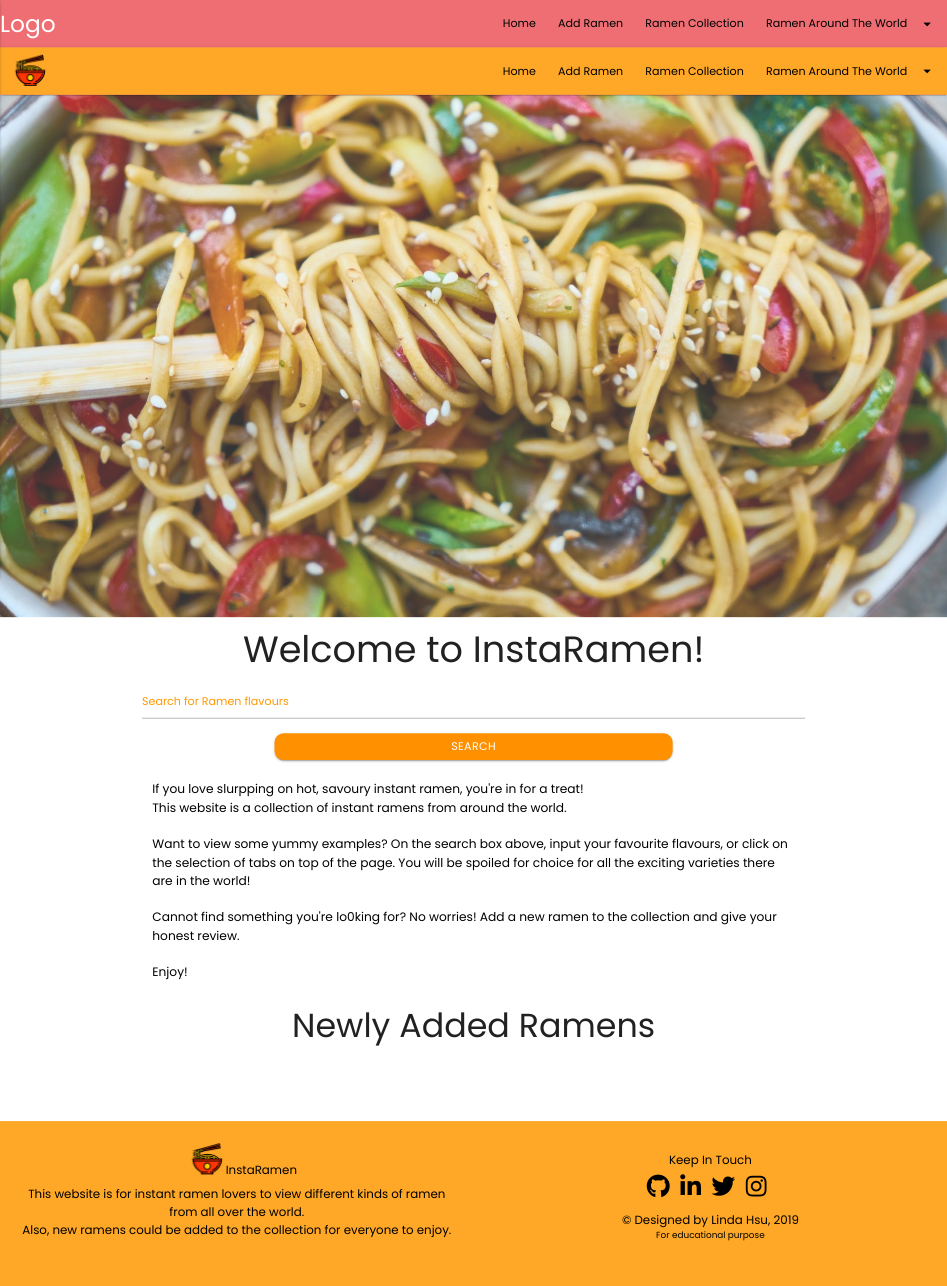
Repository: Paddlepop25/codeinstitute-insta-ramen
Page: http://localhost/
The author's editor kept a record of every edit. The page is drawn from the files as they stood at one moment, then again after the next edit.
The browser window is 1280 px wide. The pictures show the whole page, at 74% of full size.
Some web libraries are served in a nearby version. The page is served by the project's application, run on Flask 3 (app.py). Queries for data that is not in the repository find no rows.

Above is the page before.

### templates/index.html
{% extends 'base.html' %} {% block content %}

<div class="container-fluid">
  <div class="container-fluid">
    <div class="noodle_img_index">
      <img src="/static/images/noodle_index.jpeg" alt="delicious noodle ramen seseme seeds colorful" />
    </div>
  </div>

  <div class="container">
    <div class="row welcome-page">
      <div class="col s12">
        <div class="row">
          <h1>Welcome to InstaRamen!</h1>
        </div>
        <div class="row search-section">
          <form class="col s12" action="{{ url_for('search_ramen') }}">
            <div class="row">
              <div class="input-field col s12">
                <input id="search" name="query" type="text" class="validate" required>
                <label for="search">Search for Ramen flavours</label>
                <div class="search-button">
                  <button class="btn waves-effect waves-light orange accent-3" type="submit" name="action">Search</button>
                </div>
              </div>
            </div>
          </form>
        </div>
      </div>
    </div>
    <div class="row welcome-message">
      <p>If you love slurpping on hot, savoury instant ramen, you're in for a treat!
        <br> This website is a collection of instant ramens from around the world.
        <br>
        <br> Want to view some yummy examples? On the search box above, input your favourite flavours, or click on the selection of tabs on top of the page. You will be spoiled for choice for all the exciting varieties there are in the world!
        <br>
        <br> Cannot find something you're lo0king for? No worries! Add a new ramen to the collection and give your honest review.
        <br>
        <br> Enjoy!
      </p>
    </div>
  </div>

  <div class="container index-page-card">
    <h4>Newly Added Ramens</h4>
    <div class="row">
      {% for three_ramen in latest_three %}
      <div class="col s12 m4 l4">
        <div class="card">
          <div class="card-image">
            <img src="{{url_for('file', filename=three_ramen['imageURL'])}}">
          </div>
          <div class="card-content">
            <p>Brand: {{three_ramen.brand|title}}</p>
            <br>
            <p>Flavour:
              <br> {{three_ramen.flavour|title}}
            </p>
          </div>
          <div class="row">
            <a href="{{url_for('display_ramen', ramen_id=three_ramen._id)}}" class="waves-effect waves-light btn orange">More</a>
          </div>
        </div>
      </div>
      {% endfor %}
    </div>
  </div>
</div>

{% endblock %}

### templates/base.html
<!DOCTYPE html>
<html>

<head>
  <link href="https://fonts.googleapis.com/icon?family=Material+Icons" rel="stylesheet">
  <link rel="stylesheet" href="https://cdnjs.cloudflare.com/ajax/libs/materialize/0.100.2/css/materialize.min.css">
  <link rel="stylesheet" href="https://use.fontawesome.com/releases/v5.8.1/css/all.css" integrity="sha384-50oBUHEmvpQ+1lW4y57PTFmhCaXp0ML5d60M1M7uH2+nqUivzIebhndOJK28anvf" crossorigin="anonymous" />
  <link href="https://fonts.googleapis.com/css?family=Montserrat|Poppins|Roboto&display=swap" rel="stylesheet">
  <link rel="icon" href="{{ url_for('static', filename='images/favicon.ico') }}" type="image/x-icon" />
  <link rel="stylesheet" href="/static/styles/styles.css" type="text/css" />

  <!-- Meta Data -->
  <meta charset="UTF-8">
  <meta name="viewport" content="width=device-width, initial-scale=1, shrink-to-fit=no">
  <meta http-equiv="X-UA-Compatible" content="ie=edge">
  <meta name="description" content="Insta Ramen">
  <meta name="keywords" content="Noodles, Ramen, Instant, Cup, Bowl, Packet">
  <meta name="author" content="Linda Hsu">

  <title>InstaRamen - {{ title }} </title>
</head>

<body>
  <header>

  <nav>
    <div class="nav-wrapper">
      <a href="#!" class="brand-logo">Logo</a>
      <a href="#" data-activates="mobile-demo" class="button-collapse"><i class="material-icons">menu</i></a>
      <ul class="right hide-on-med-and-down">
          <li><a href="{{url_for('index')}}">Home</a></li>
          <li><a href="{{url_for('add_ramen')}}">Add Ramen</a></li>
          <li><a href="{{url_for('get_ramen')}}">Ramen Collection</a></li>
        <li><a class="dropdown-button" href="#!" data-activates="dropdown1">Ramen Around The World<i class="material-icons right">arrow_drop_down</i></a>
            <ul id="dropdown1" class="dropdown-content">
              <li><a href="{{ url_for('ramen_asia') }}">Asia</a></li>
              <li><a href="{{ url_for('ramen_americas') }}">The Americas</a></li>
              <li><a href="{{ url_for('ramen_europe') }}">Europe</a></li>
              <li><a href="{{ url_for('ramen_rest_world') }}">Rest Of The World</a></li>
            </ul>
          </li>
        </ul>
      </ul>
      <ul class="side-nav" id="mobile-demo">
        <li><a href="{{url_for('index')}}">Home</a></li>
          <li><a href="{{url_for('add_ramen')}}">Add Ramen</a></li>
          <li><a href="{{url_for('get_ramen')}}">Ramen Collection</a></li>
          <li><a href="{{ url_for('ramen_asia') }}">Ramen from Asia</a></li>
          <li><a href="{{ url_for('ramen_americas') }}">Ramen from The Americas</a></li>
          <li><a href="{{ url_for('ramen_europe') }}">Ramen from Europe</a></li>
          <li><a href="{{ url_for('ramen_rest_world') }}">Ramen from Rest Of The World</a></li>
      </ul>
    </div>
  </nav>


    <div class="navbar-fixed">
    <nav>
      <div class="nav-wrapper orange lighten-1">
        <a href="{{url_for('index')}}" class="brand-logo"><img class="ramen_logo" src="{{ url_for('static', filename='images/noodle_icon.png') }}" alt="Ramen noodles with chopsticks logo"/></a>
      <a href="#" data-activates="mobile-demo" class="button-collapse"><i class="material-icons">menu</i></a>
        <ul class="right hide-on-med-and-down">
          <li><a href="{{url_for('index')}}">Home</a></li>
          <li><a href="{{url_for('add_ramen')}}">Add Ramen</a></li>
          <li><a href="{{url_for('get_ramen')}}">Ramen Collection</a></li>
          <li><a class="dropdown-button" href="#!" data-activates="dropdown1">Ramen Around The World<i class="material-icons right">arrow_drop_down</i></a>
            <ul id="dropdown1" class="dropdown-content">
              <li><a href="{{ url_for('ramen_asia') }}">Asia</a></li>
              <li><a href="{{ url_for('ramen_americas') }}">The Americas</a></li>
              <li><a href="{{ url_for('ramen_europe') }}">Europe</a></li>
              <li><a href="{{ url_for('ramen_rest_world') }}">Rest Of The World</a></li>
            </ul>
          </li>
        </ul>
        <ul class="side-nav" id="mobile-demo">
          <li><a href="{{url_for('index')}}">Home</a></li>
          <li><a href="{{url_for('add_ramen')}}">Add Ramen</a></li>
          <li><a href="{{url_for('get_ramen')}}">Ramen Collection</a></li>
          <li><a href="{{ url_for('ramen_asia') }}">Ramen from Asia</a></li>
          <li><a href="{{ url_for('ramen_americas') }}">Ramen from The Americas</a></li>
          <li><a href="{{ url_for('ramen_europe') }}">Ramen from Europe</a></li>
          <li><a href="{{ url_for('ramen_rest_world') }}">Ramen from Rest Of The World</a></li>
        </ul>
      </div>
    </nav>
    </div>
  </header>

  {% block content %} {% endblock %}
    <div class="container-fluid">
  <footer class="page-footer orange lighten-1">
      <div class="row">
        <div class="col s12 m6 footer-logo">
          <div class="website-info">
            <a href="{{url_for('index')}}" class="brand-logo"><img class="ramen_logo" src="{{ url_for('static', filename='images/noodle_icon.png') }}" alt="Ramen noodles with chopsticks logo"/></a>
            <a href="{{url_for('index')}}">InstaRamen</a>
          </div>
          <p>This website is for instant ramen lovers to view different kinds of ramen from all over the world.
          <br>
          Also, new ramens could be added to the collection for everyone to enjoy.</p>
        </div>

        <div class="col s12 m6 footer-social">
          <p>Keep In Touch</p>
          <span><a href="https://github.com/Paddlepop25" target="_blank"><i class="fab fa-github fa-2x"></i></a></span>
          <span><a href="https://www.linkedin.com/in/lindahsu007/" target="_blank"><i class="fab fa-linkedin-in fa-2x"></i></a></span>
          <span><a href="https://twitter.com/shecodeshsucode" target="_blank"><i class="fab fa-twitter fa-2x"></i></a></span>
          <span><a href="https://www.instagram.com/shecodeshsucodes/" target="_blank"><i class="fab fa-instagram fa-2x"></i></a></span>
          <p class="design">&copy; Designed by Linda Hsu, 2019</p>
          <small>For educational purpose</small>
        </div>
      </div>
  </footer>
    </div>

  <script src="https://cdnjs.cloudflare.com/ajax/libs/jquery/3.2.1/jquery.min.js"></script>
  <script src="https://cdnjs.cloudflare.com/ajax/libs/materialize/0.100.2/js/materialize.min.js"></script>
  <!--<script type="text/javascript" src="./static/scripts/app.js"></script>-->
  <script type="text/javascript">
    $(document).ready(function() {
      $(".button-collapse").sideNav();
      $('select').material_select();
      $(".dropdown-button").dropdown();
    });
  </script>
</body>

</html>

### app.py
import os
from flask import Flask, render_template, redirect, request, url_for
from flask_pymongo import PyMongo, ASCENDING, DESCENDING
from bson.objectid import ObjectId
import re
import math
from werkzeug.utils import secure_filename

app = Flask(__name__)
app.config['UPLOAD_FOLDER'] = '/home/ubuntu/environment/uploads'
app.config['MONGO_DBNAME'] = 'ramen_database'
app.config["MONGO_URI"] = os.environ.get("MONGO_URI")

mongo = PyMongo(app)

@app.route('/')
def index():
    latest_three=mongo.db.ramens.find().sort([("_id", DESCENDING)]).limit(3)
    return render_template('index.html', title="Home", latest_three=latest_three)

@app.route('/display_ramen/<ramen_id>', methods=['GET'])
def display_ramen(ramen_id):
    ramen = mongo.db.ramens.find_one({"_id": ObjectId(ramen_id)})
    return render_template('display_ramen.html', title="Display Ramen", ramen=ramen)

@app.route('/get_ramen')
def get_ramen():
    ramens=mongo.db.ramens.find().sort([("_id", DESCENDING)])
    return render_template('ramen_collection.html', title="Ramen Collection", ramens=ramens)

@app.route('/ramen_asia')
def ramen_asia():
    ramens=mongo.db.ramens.find({'continent': 'Asia'})
    return render_template('ramen_asia.html', title="Ramen from The Asia", ramens=ramens)

@app.route('/ramen_europe')
def ramen_europe():
    ramens=mongo.db.ramens.find({'continent': 'Europe'})
    return render_template('ramen_europe.html', title="Ramen from The Europe", ramens=ramens)

@app.route('/ramen_americas')
def ramen_americas():
    ramens=mongo.db.ramens.find({'continent': 'The Americas'})
    return render_template('ramen_americas.html', title="Ramen from The Americas", ramens=ramens)

@app.route('/ramen_rest_world')
def ramen_rest_world():
    ramens=mongo.db.ramens.find({'continent': 'The Rest'})
    return render_template('ramen_rest_world.html', title="Ramen from the Rest Of The World", ramens=ramens)

# @app.route('/ramen_world')
# def ramen_world():
#     ramens=mongo.db.ramens.find(
#         {'$or':
#             [{'continent': 'Asia'},{'continent': "Europe"},{'continent': "The Americas"},{'continent': "The Rest"}]
#         }
#         )
#     return render_template('ramen_world.html', title="Rest Of The World", ramens=ramens)

@app.route('/search_ramen')
def search_ramen():
    orig_query = request.args['query']
    query = {'$regex': re.compile('.*{}.*'.format(orig_query)), '$options': 'i'}
    print(query)
    results=mongo.db.ramens.find({'flavour': query})

    ramen = []
    for result in results:
        ramen.append(result)

    return render_template('ramen_search.html', title="Search Results", query=orig_query, ramen_search=ramen)

@app.route('/add_ramen')
def add_ramen():
    brands = mongo.db.brands.find().sort([("brand", ASCENDING)])
    countries=mongo.db.countries.find().sort([("country", ASCENDING)])
    return render_template('add_ramen.html', title="Add a Ramen", countries=countries, brands=brands)

@app.route('/insert_ramen', methods=['POST'])
def insert_ramen():
    ramens = mongo.db.ramens
    if "ramen_image" in request.files:
        ramen_image = request.files['ramen_image']
        mongo.save_file(ramen_image.filename, ramen_image)

    new_ramen = {
        'brand': request.form.get('brand'),
        'flavour':request.form.get('flavour'),
        'style': request.form.get('style'),
        'country':request.form.get('country'),
        'continent':request.form.get('continent'),
        'stars':int(request.form.get('stars')),
        'reviews':request.form.get('reviews'),
        'imageURL': ramen_image.filename
    }
    ramens.insert_one(new_ramen)
    return redirect(url_for('get_ramen'))

@app.route('/file/<filename>')
def file(filename):
    return mongo.send_file(filename)

@app.route('/edit_ramen/<ramen_id>', methods=['GET'])
def edit_ramen(ramen_id):
    ramen = mongo.db.ramens.find_one({"_id": ObjectId(ramen_id)})
    brands = mongo.db.brands.find().sort([("brand", ASCENDING)])
    countries = mongo.db.countries.find().sort([("country", ASCENDING)])
    return render_template('edit_ramen.html', title="Edit Ramen", ramen=ramen, brands=brands, countries=countries)

@app.route('/update_ramen/<ramen_id>', methods=["POST"])
def update_ramen(ramen_id):
    ramen = mongo.db.ramens.find_one({"_id": ObjectId(ramen_id)})

    # try code
    brand = request.form.get('brand')
    flavour = request.form.get('flavour')
    style = request.form.get('style')
    country = request.form.get('country')
    stars = int(request.form.get('stars'))
    reviews = request.form.get('reviews')
    # end of try code

    if "ramen_image" in request.files and request.files['ramen_image'].filename != "":
        ramen_image = request.files['ramen_image']
        image_filename = ramen_image.filename
        mongo.save_file(ramen_image.filename, ramen_image)
    else:
        image_filename = ramen['imageURL']

    ramen.update( {'_id': ObjectId(ramen_id)},
    {
        'brand': brand,
        'flavour': flavour,
        'style': style,
        'country': country,
        'stars': int(stars),
        'reviews': reviews,
        'imageURI': image_filename
    })
    return redirect(url_for('get_ramen'))

@app.route('/delete_ramen/<ramen_id>')
def delete_ramen(ramen_id):
    mongo.db.ramens.remove({'_id': ObjectId(ramen_id)})
    return redirect(url_for('get_ramen'))

@app.route('/add_brands')
def add_brands():
    brand = mongo.db.brands.find()
    add_a_brand = mongo.db.ramens.find()
    return render_template('add_brands.html', title="Add a Brand", brand=brand)

@app.route('/insert_brand', methods=['POST'])
def insert_brand():
    brand = mongo.db.brands
    query = request.form.get('brand').lower()
    find_brand = mongo.db.brands.find_one({'brand': query})
    if find_brand is None:
        new_brand = {
            'brand': request.form.get('brand').lower()
        }
        brand.insert_one(new_brand)
    return redirect(url_for('add_ramen'))

@app.errorhandler(404)
def error_404(not_found):
    return render_template('error404.html', title="Error 404")

if __name__ == '__main__':
    app.run(host=os.environ.get('IP'),
            port=int(os.environ.get('PORT')),
            debug=True)

Loaded but not shown: static/styles/styles.css (702 lines, source omitted)

After the next edit:
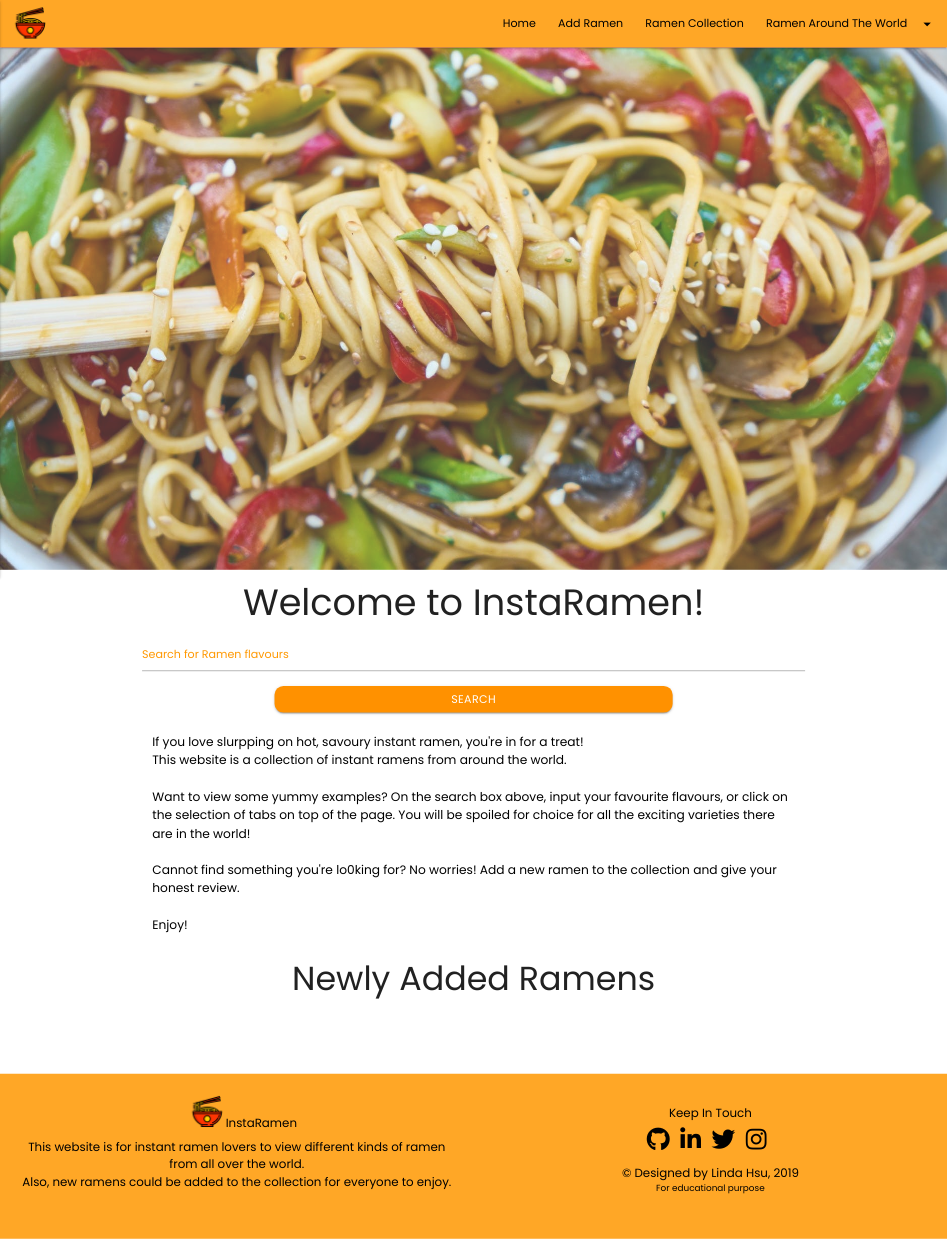
The edit:
--- a/templates/base.html
+++ b/templates/base.html
@@ -23,35 +23,35 @@
 <body>
   <header>
 
-  <nav>
-    <div class="nav-wrapper">
-      <a href="#!" class="brand-logo">Logo</a>
-      <a href="#" data-activates="mobile-demo" class="button-collapse"><i class="material-icons">menu</i></a>
-      <ul class="right hide-on-med-and-down">
-          <li><a href="{{url_for('index')}}">Home</a></li>
-          <li><a href="{{url_for('add_ramen')}}">Add Ramen</a></li>
-          <li><a href="{{url_for('get_ramen')}}">Ramen Collection</a></li>
-        <li><a class="dropdown-button" href="#!" data-activates="dropdown1">Ramen Around The World<i class="material-icons right">arrow_drop_down</i></a>
-            <ul id="dropdown1" class="dropdown-content">
-              <li><a href="{{ url_for('ramen_asia') }}">Asia</a></li>
-              <li><a href="{{ url_for('ramen_americas') }}">The Americas</a></li>
-              <li><a href="{{ url_for('ramen_europe') }}">Europe</a></li>
-              <li><a href="{{ url_for('ramen_rest_world') }}">Rest Of The World</a></li>
-            </ul>
-          </li>
-        </ul>
-      </ul>
-      <ul class="side-nav" id="mobile-demo">
-        <li><a href="{{url_for('index')}}">Home</a></li>
-          <li><a href="{{url_for('add_ramen')}}">Add Ramen</a></li>
-          <li><a href="{{url_for('get_ramen')}}">Ramen Collection</a></li>
-          <li><a href="{{ url_for('ramen_asia') }}">Ramen from Asia</a></li>
-          <li><a href="{{ url_for('ramen_americas') }}">Ramen from The Americas</a></li>
-          <li><a href="{{ url_for('ramen_europe') }}">Ramen from Europe</a></li>
-          <li><a href="{{ url_for('ramen_rest_world') }}">Ramen from Rest Of The World</a></li>
-      </ul>
-    </div>
-  </nav>
+  <!--<nav>-->
+  <!--  <div class="nav-wrapper">-->
+  <!--    <a href="{{url_for('index')}}" class="brand-logo"><img class="ramen_logo" src="{{ url_for('static', filename='images/noodle_icon.png') }}" alt="Ramen noodles with chopsticks logo"/></a>-->
+  <!--    <a href="#" data-activates="mobile-demo" class="button-collapse"><i class="material-icons">menu</i></a>-->
+  <!--    <ul class="right hide-on-med-and-down">-->
+  <!--        <li><a href="{{url_for('index')}}">Home</a></li>-->
+  <!--        <li><a href="{{url_for('add_ramen')}}">Add Ramen</a></li>-->
+  <!--        <li><a href="{{url_for('get_ramen')}}">Ramen Collection</a></li>-->
+  <!--      <li><a class="dropdown-button" href="#!" data-activates="dropdown1">Ramen Around The World<i class="material-icons right">arrow_drop_down</i></a>-->
+  <!--          <ul id="dropdown1" class="dropdown-content">-->
+  <!--            <li><a href="{{ url_for('ramen_asia') }}">Asia</a></li>-->
+  <!--            <li><a href="{{ url_for('ramen_americas') }}">The Americas</a></li>-->
+  <!--            <li><a href="{{ url_for('ramen_europe') }}">Europe</a></li>-->
+  <!--            <li><a href="{{ url_for('ramen_rest_world') }}">Rest Of The World</a></li>-->
+  <!--          </ul>-->
+  <!--        </li>-->
+  <!--      </ul>-->
+  <!--    </ul>-->
+  <!--    <ul class="side-nav" id="mobile-demo">-->
+  <!--      <li><a href="{{url_for('index')}}">Home</a></li>-->
+  <!--        <li><a href="{{url_for('add_ramen')}}">Add Ramen</a></li>-->
+  <!--        <li><a href="{{url_for('get_ramen')}}">Ramen Collection</a></li>-->
+  <!--        <li><a href="{{ url_for('ramen_asia') }}">Ramen from Asia</a></li>-->
+  <!--        <li><a href="{{ url_for('ramen_americas') }}">Ramen from The Americas</a></li>-->
+  <!--        <li><a href="{{ url_for('ramen_europe') }}">Ramen from Europe</a></li>-->
+  <!--        <li><a href="{{ url_for('ramen_rest_world') }}">Ramen from Rest Of The World</a></li>-->
+  <!--    </ul>-->
+  <!--  </div>-->
+  <!--</nav>-->
 
 
     <div class="navbar-fixed">
